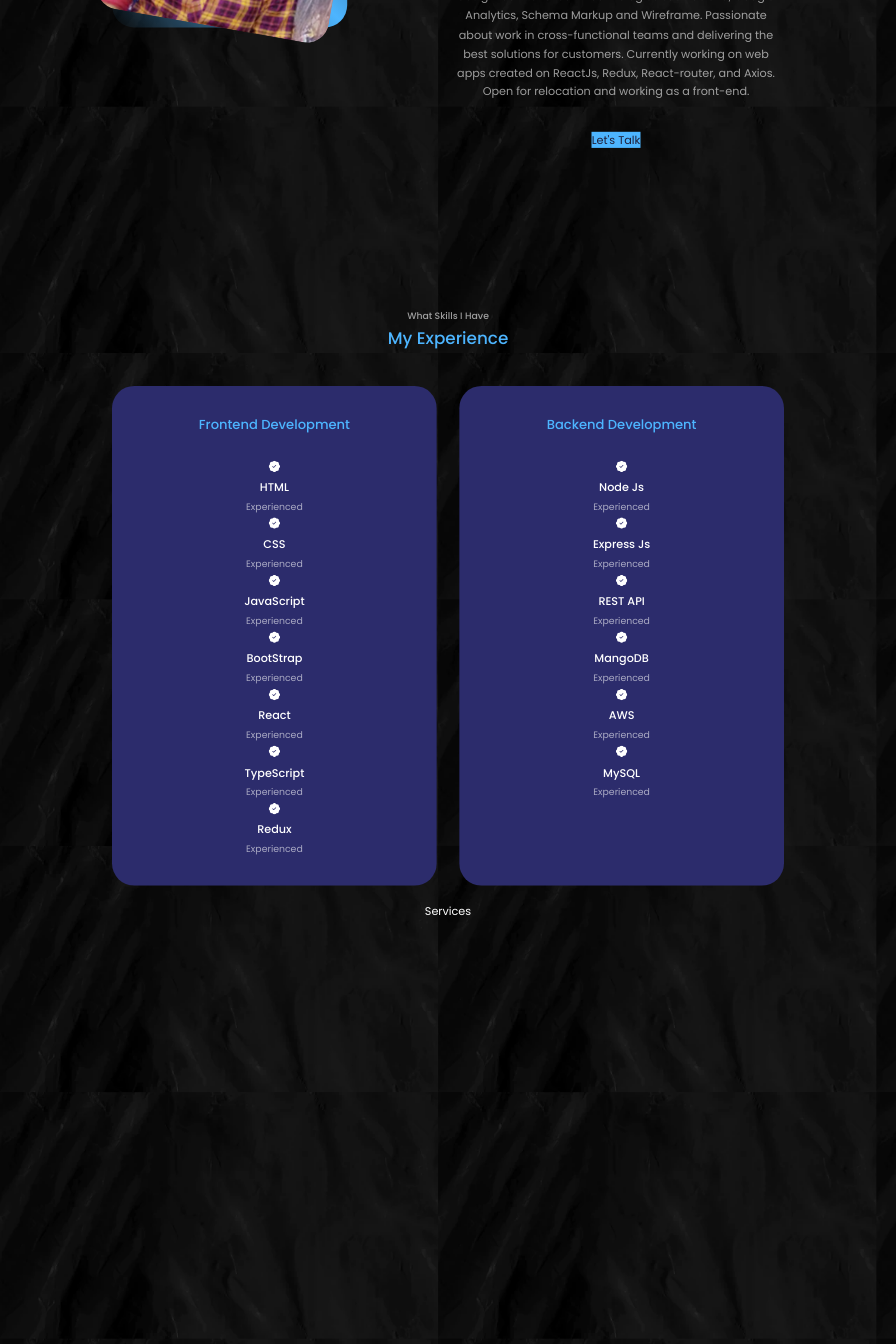
Repository: mayuri2018/Mr_react_portfolio
Page: /
These files come from the project's save history. The page is drawn as it stood at one moment and after the next save; the edit follows.
The browser window is 1280 px wide. The pictures show the part of the page from y = 1255 to 3175 px (the page is 5835 px tall), at 70% of full size.
The project was rebuilt for these pictures with package versions that can differ from the ones it lists, and the page was loaded fresh each time. Also part of the build but not shown: src/components/services/services.css, src/components/portfolio/portfolio.css, src/components/testimonials/testimonials.css, src/components/contact/contact.css, src/components/footer/footer.css.

Above is the page before, as saved 2023-01-25 14:23:23.

After the next save:
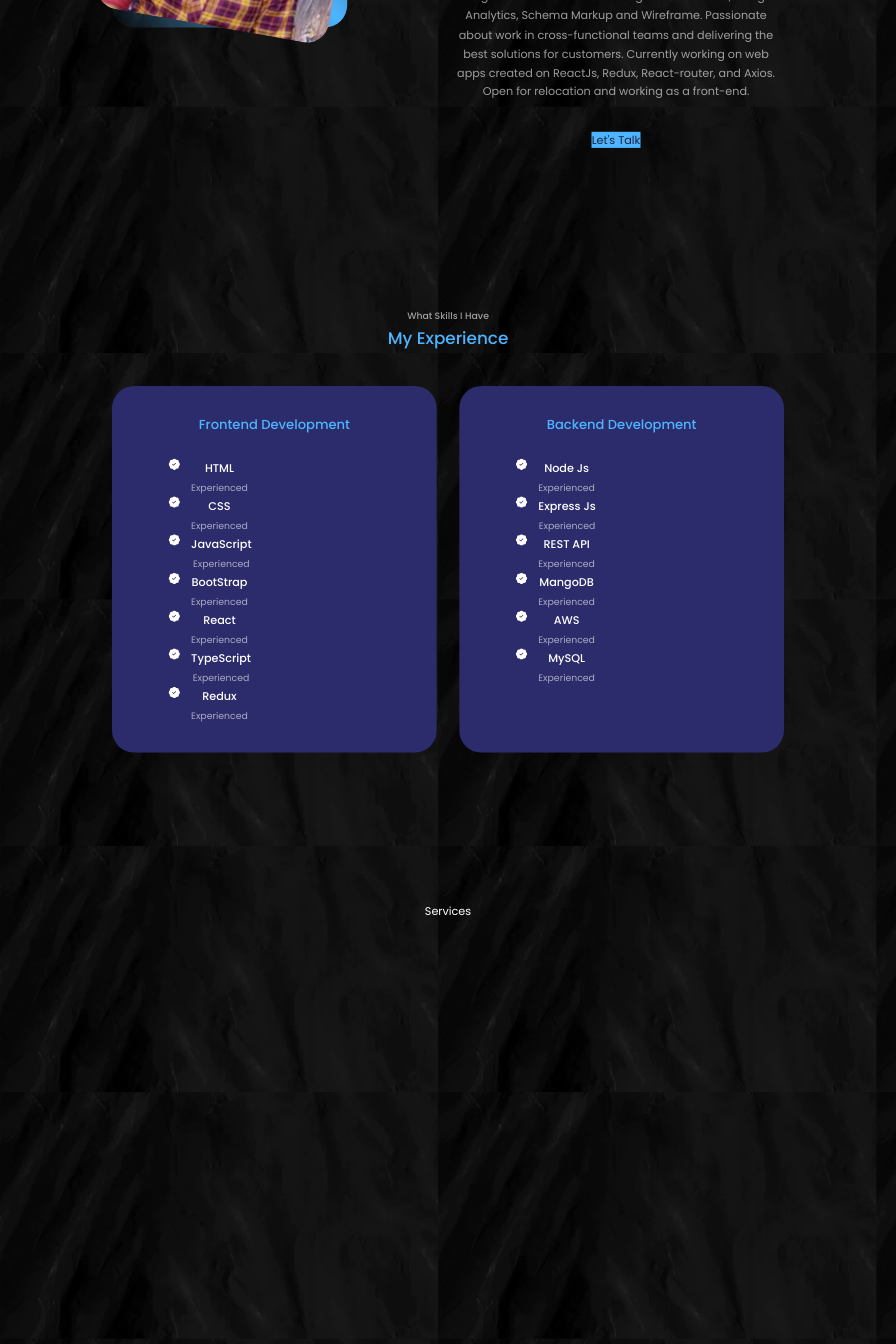
Saved 68 s later.
--- a/src/components/experience/experience.css
+++ b/src/components/experience/experience.css
@@ -22,4 +22,12 @@
     color: var(--color-primary);
 }
 
-.experience_container
+.experience_container{
+    display: grid;
+    grid-template-columns: 1fr 1fr;
+    row-gap: 2rem;
+}
+.experience_details{
+    display: flex;
+    gap:1rem;
+}
